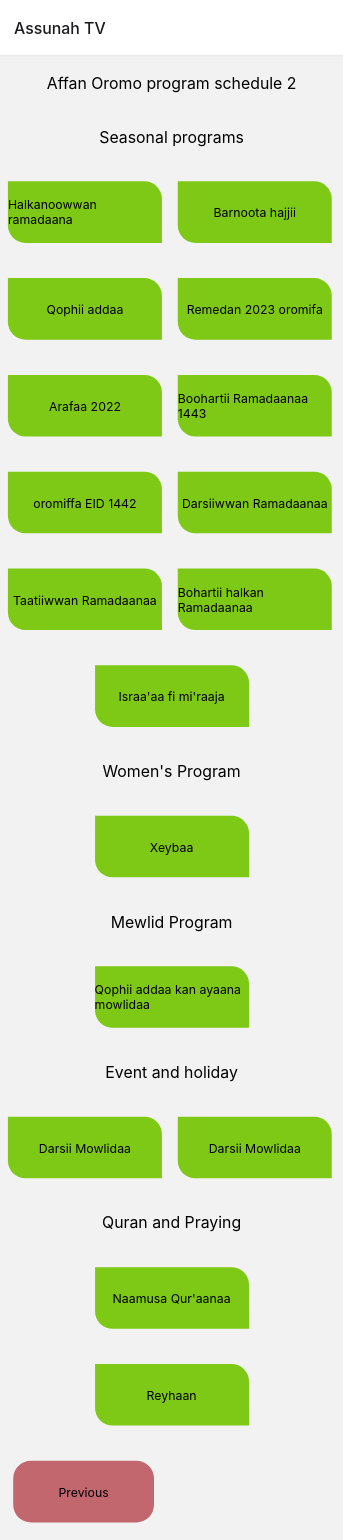
Repository: abdurehmanali611/Assunah_TV
Screen: /
The author's editor kept a copy of each file at every save. The screen is drawn from the files as they stood at one save, then again after the next save.
The pictures are shown at 88% of full size.
The app was drawn by React Native's web renderer in a window 390 px wide. The project was rebuilt for these pictures with package versions that can differ from the ones it lists, and the page was loaded fresh each time. Also part of the build but not shown: Constants/Home.js, Constants/AboutUs.js, Constants/Contacts.js, Constants/AssunahFolder.js, Constants/AssunahKids.js, Constants/AdditionalExtra.js, Constants/Qiratcenter.js, Programs/AmharicPrograms.js and 29 more.

Above is the screen before, as saved 2024-01-09 00:25:52.

After the next save:
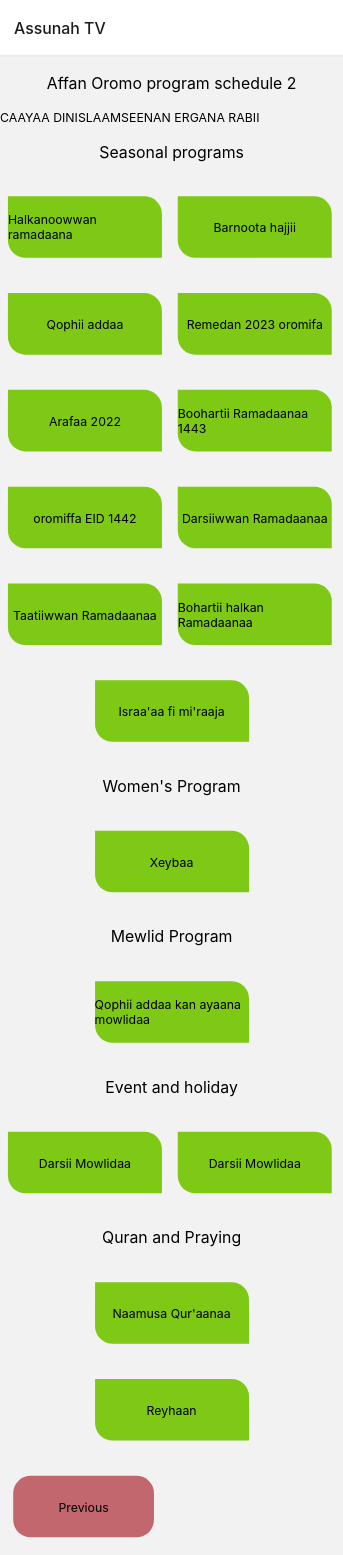
Saved 19 s later.
--- a/Program_Links/AffanOromolink_2.js
+++ b/Program_Links/AffanOromolink_2.js
@@ -10,7 +10,20 @@
     return <ScrollView>
         <View>
         <Text style = {{fontSize: 18, textAlign: 'center', marginVertical: 20}}>Affan Oromo program schedule 2</Text>
-
+        <View style = {{display: 'flex', flexDirection: 'row'}}>
+                    <TouchableOpacity
+                    style = {styles.oromotouch}
+                    onPress={() => Linking.openURL('https://www.youtube.com/watch?v=JO3kYjF_ziM&list=PLZaq281_mc43aewfZUjIb1om8PKJ9canD&pp=iAQB')}
+                    >
+                        <Text>CAAYAA DINISLAAM</Text>
+                    </TouchableOpacity>
+                    <TouchableOpacity
+                    style = {styles.oromotouch}
+                    onPress={() => Linking.openURL('https://www.youtube.com/watch?v=5lGQ1aFNzE4&list=PLZaq281_mc40sClIAPntSUcYt7ro7ijqf&pp=iAQB')}
+                    >
+                        <Text>SEENAN ERGANA RABII</Text>
+                    </TouchableOpacity>
+                </View>
             <View>
                 <Text style = {{fontSize: 18, textAlign: 'center', marginVertical: 20}}>Seasonal programs</Text>
                 <View style = {{display: 'flex', flexDirection: 'row'}}>
